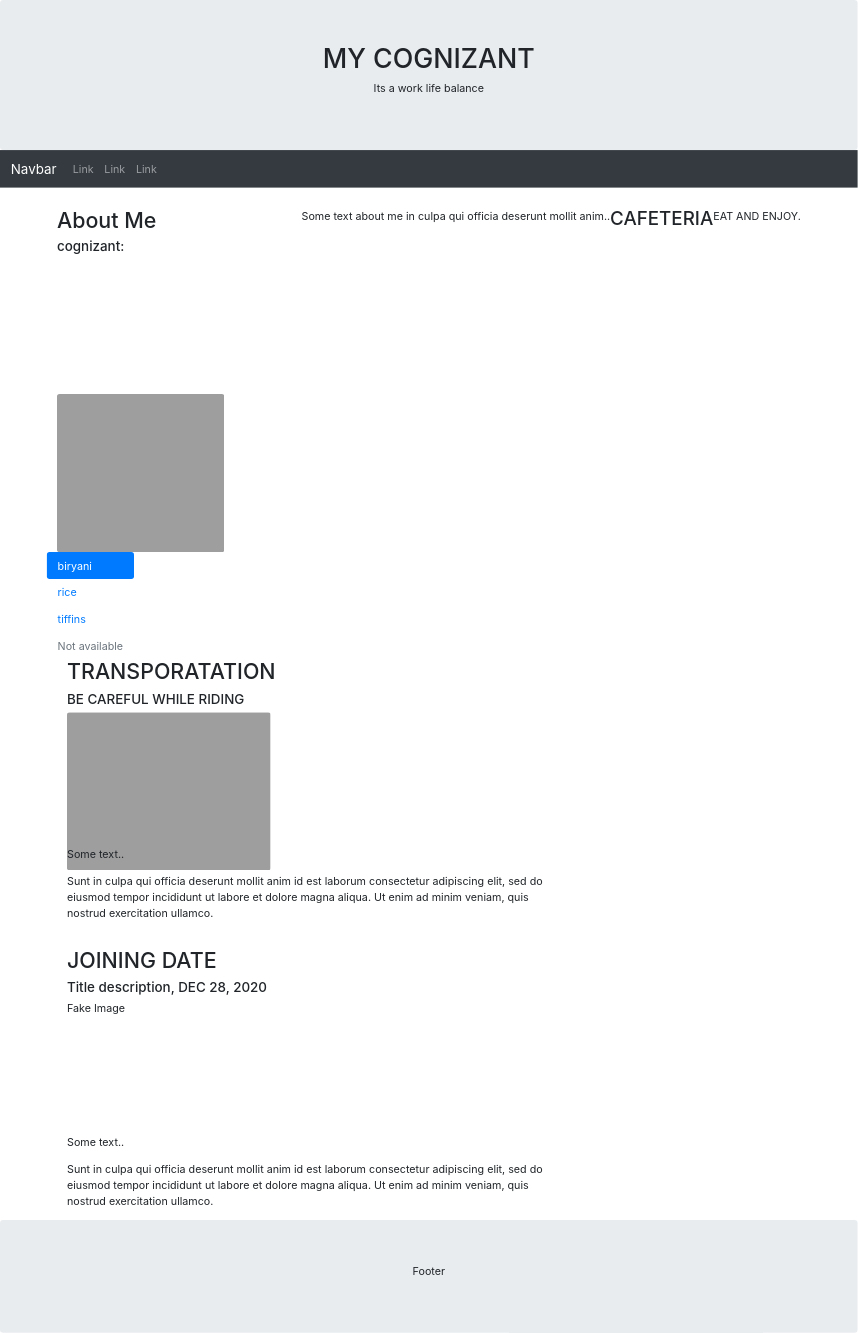
Repository: suvarsha/cognizant-projects
Page: BootStramp1/WebContent/first.html
An editor plug-in stored every save of this project. The page is shown before and after the next save, followed by the edit.
The browser window is 1280 px wide. The pictures show the whole page, at 67% of full size.
Pictures or frames that could not be fetched are drawn as grey boxes.

Above is the page before, as saved 2020-01-18 11:48:13.

### BootStramp1/WebContent/first.html
<!DOCTYPE html>
<html lang="en">
<head>
  <title>Bootstrap 4 Website Example</title>
  <meta charset="utf-8">
  <meta name="viewport" content="width=device-width, initial-scale=1">
  <link rel="stylesheet" href="https://maxcdn.bootstrapcdn.com/bootstrap/4.4.1/css/bootstrap.min.css">
  <script src="https://ajax.googleapis.com/ajax/libs/jquery/3.4.1/jquery.min.js"></script>
  <script src="https://cdnjs.cloudflare.com/ajax/libs/popper.js/1.16.0/umd/popper.min.js"></script>
  <script src="https://maxcdn.bootstrapcdn.com/bootstrap/4.4.1/js/bootstrap.min.js"></script>
  <style>
  .fakeimg {
    height: 200px;
    background:white;
  }
  </style>
</head>
<body>

<div class="jumbotron text-center" style="margin-bottom:0">
  <h1>MY COGNIZANT</h1>
  <p>Its a  work life balance</p>
</div>

<nav class="navbar navbar-expand-sm bg-dark navbar-dark">
  <a class="navbar-brand" href="#">Navbar</a>
  <button class="navbar-toggler" type="button" data-toggle="collapse" data-target="#collapsibleNavbar">
    <span class="navbar-toggler-icon"></span>
  </button>
  <div class="collapse navbar-collapse" id="collapsibleNavbar">
    <ul class="navbar-nav">
      <li class="nav-item">
        <a class="nav-link" href="#">Link</a>
      </li>
      <li class="nav-item">
        <a class="nav-link" href="#">Link</a>
      </li>
      <li class="nav-item">
        <a class="nav-link" href="#">Link</a>
      </li>
    </ul>
  </div>
</nav>

<div class="container" style="margin-top:30px">
  <div class="row">
    <div class="col-sm-4">
      <h2>About Me</h2>
      <h5>cognizant:</h5>
      <div class="fakeimg"></div>
      <img src="C:\cognizant\BootStramp1\WebContent\image\download (1).jpg" class="rounded" alt="Cinque Terre" width="250" height="236"></div>
      <p>Some text about me in culpa qui officia deserunt mollit anim..</p>
      <h3>CAFETERIA</h3>
      <p>EAT AND ENJOY.</p>
      <ul class="nav nav-pills flex-column">
        <li class="nav-item">
          <a class="nav-link active" href="#">biryani</a>
        </li>
        <li class="nav-item">
          <a class="nav-link" href="#">rice</a>
        </li>
        <li class="nav-item">
          <a class="nav-link" href="#">tiffins</a>
        </li>
        <li class="nav-item">
          <a class="nav-link disabled" href="#">Not available</a>
        </li>
      </ul>
      <hr class="d-sm-none">
    </div>
    <div class="col-sm-8">
      <h2>TRANSPORATATION</h2>
      <h5>BE CAREFUL WHILE RIDING</h5>
      <div class="fakeimg">
      <img src="C:\cognizant\BootStramp1\WebContent\image\download.jpg" class="rounded" alt="Cinque Terre" width="304" height="236"></div>
      <p>Some text..</p>
      <p>Sunt in culpa qui officia deserunt mollit anim id est laborum consectetur adipiscing elit, sed do eiusmod tempor incididunt ut labore et dolore magna aliqua. Ut enim ad minim veniam, quis nostrud exercitation ullamco.</p>
      <br>
      <h2>JOINING DATE</h2>
      <h5>Title description, DEC 28, 2020</h5>
      <div class="fakeimg">Fake Image</div>
      <p>Some text..</p>
      <p>Sunt in culpa qui officia deserunt mollit anim id est laborum consectetur adipiscing elit, sed do eiusmod tempor incididunt ut labore et dolore magna aliqua. Ut enim ad minim veniam, quis nostrud exercitation ullamco.</p>
    </div>
  </div>
</div>

<div class="jumbotron text-center" style="margin-bottom:0">
  <p>Footer</p>
</div>

</body>
</html>

After the next save:
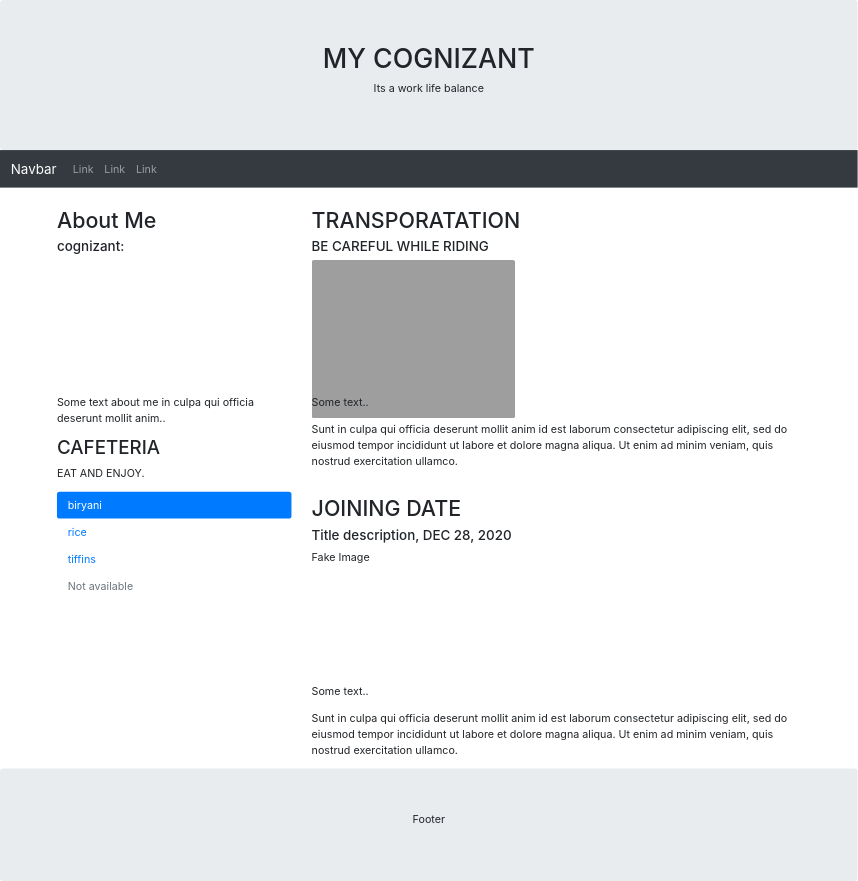
Saved 79 s later.
--- a/BootStramp1/WebContent/first.html
+++ b/BootStramp1/WebContent/first.html
@@ -48,7 +48,7 @@
       <h2>About Me</h2>
       <h5>cognizant:</h5>
       <div class="fakeimg"></div>
-      <img src="C:\cognizant\BootStramp1\WebContent\image\download (1).jpg" class="rounded" alt="Cinque Terre" width="250" height="236"></div>
+
       <p>Some text about me in culpa qui officia deserunt mollit anim..</p>
       <h3>CAFETERIA</h3>
       <p>EAT AND ENJOY.</p>
